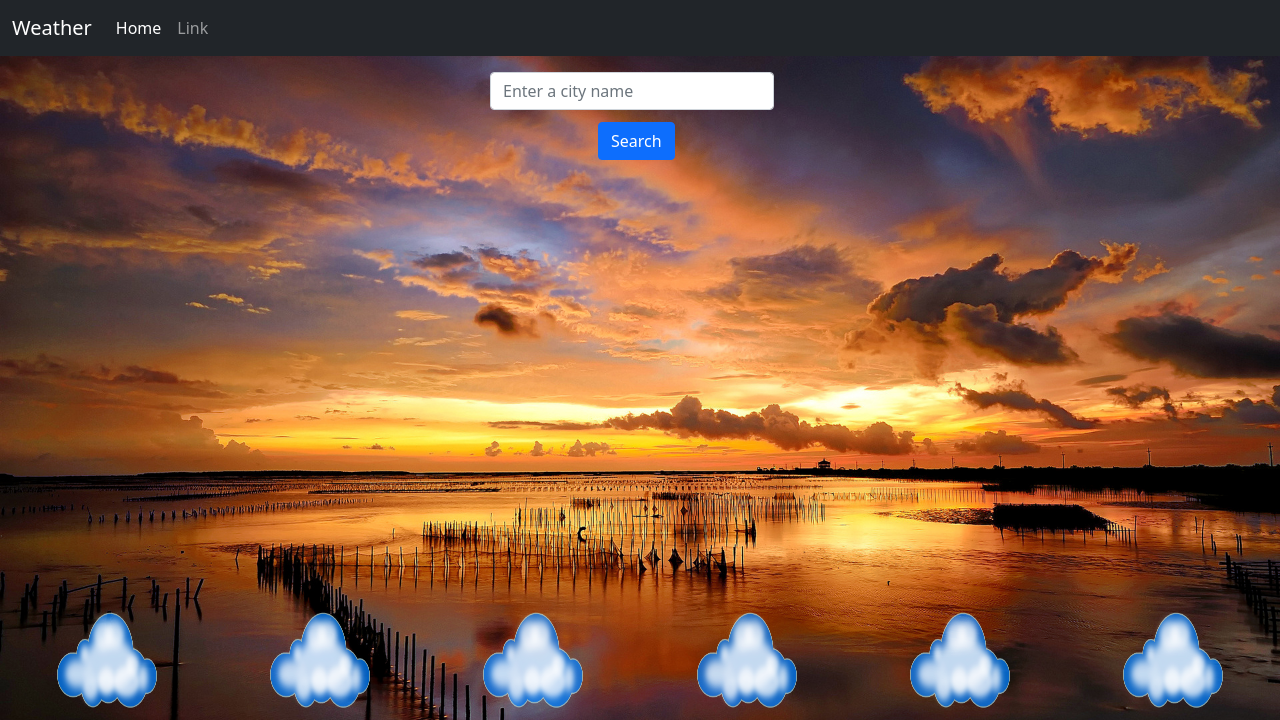
Repository: rohitbharti258/Project_Weather_finder
Page: index.html
An editor plug-in stored every save of this project. The page is shown before and after the next save, followed by the edit.
The browser window is 1280 px wide. The pictures show the whole page.

Above is the page before, as saved 2022-02-28 12:54:39.

### index.html
<!DOCTYPE html>
<html lang="en">

<head>
    <meta charset="UTF-8">
    <meta http-equiv="X-UA-Compatible" content="IE=edge">
    <meta name="viewport" content="width=device-width, initial-scale=1.0">
    <title>Weather App</title>
    <link rel="stylesheet" href="style.css">
    <link href="https://cdn.jsdelivr.net/npm/bootstrap@5.1.3/dist/css/bootstrap.min.css" rel="stylesheet"
        integrity="sha384-1BmE4kWBq78iYhFldvKuhfTAU6auU8tT94WrHftjDbrCEXSU1oBoqyl2QvZ6jIW3" crossorigin="anonymous">
</head>

<body>
    <nav class="navbar navbar-expand-lg navbar-dark bg-dark">
        <div class="container-fluid">
            <a class="navbar-brand" href="#">Weather</a>
            <button class="navbar-toggler" type="button" data-bs-toggle="collapse"
                data-bs-target="#navbarSupportedContent" aria-controls="navbarSupportedContent" aria-expanded="false"
                aria-label="Toggle navigation">
                <span class="navbar-toggler-icon"></span>
            </button>
            <div class="collapse navbar-collapse" id="navbarSupportedContent">
                <ul class="navbar-nav me-auto mb-2 mb-lg-0">
                    <li class="nav-item">
                        <a class="nav-link active" aria-current="page" href="#">Home</a>
                    </li>
                    <li class="nav-item">
                        <a class="nav-link" href="#">Link</a>
                    </li>
                </ul>
            </div>
        </div>
    </nav>
    <div class="cloud">
        <img src="./cloud.png" alt="" srcset="">
        <img src="./cloud.png" alt="" srcset="">
        <img src="./cloud.png" alt="" srcset="">
        <img src="./cloud.png" alt="" srcset="">
        <img src="./cloud.png" alt="" srcset="">
        <img src="./cloud.png" alt="" srcset="">
    </div>
    <div class="container my-3">
        <div class="form">
        <form class="row g-3 ">
            <div class="col-auto" style="width: 300px;">
                <input type="text" class="form-control" id="inputPassword2" placeholder="Enter a city name">
            </div>
            <div class="col-auto">
                <button type="submit" class="btn btn-primary mb-3">Search</button>
            </div>
        </form>
        </div>
    <!-- </div> -->
    <div class="weatherBox">

    </div>
    </div>
    <script src="index.js"></script>
    <!-- <script src="https://cdn.jsdelivr.net/npm/@popperjs/core@2.10.2/dist/umd/popper.min.js"
        integrity="sha384-7+zCNj/IqJ95wo16oMtfsKbZ9ccEh31eOz1HGyDuCQ6wgnyJNSYdrPa03rtR1zdB"
        crossorigin="anonymous"></script>
    <script src="https://cdn.jsdelivr.net/npm/bootstrap@5.1.3/dist/js/bootstrap.min.js"
        integrity="sha384-QJHtvGhmr9XOIpI6YVutG+2QOK9T+ZnN4kzFN1RtK3zEFEIsxhlmWl5/YESvpZ13"
        crossorigin="anonymous"></script>
    <script type="module" src="https://unpkg.com/ionicons@5.5.2/dist/ionicons/ionicons.esm.js"></script>
    <script nomodule src="https://unpkg.com/ionicons@5.5.2/dist/ionicons/ionicons.js"></script> -->
</body>

<!-- // <img src="https://img.icons8.com/color/48/000000/wet.png"/>
// <img src="https://img.icons8.com/color/48/000000/partly-cloudy-day--v1.png"/>
// <img src="https://img.icons8.com/color/48/000000/rain--v2.png"/>  -->


</html>

### style.css
body {
    /* background:linear-gradient(180deg,#5959b3 0%,skyBlue 100%); */
    background: url("./img/bgimg.jpg");
    /* background: url("https://cdn.wallpapersafari.com/43/51/iQEfDy.jpg"); */
    background-repeat: no-repeat;
    background-size: cover;
    width: 100vw;
    height: 100vh;
}

.form {
    width: 300px;
    margin: 0 auto;
}
.cloud{
    display: flex;
    justify-content: space-around;
    align-items: center;
    position: absolute;
    bottom:10px;
    min-width:100%;
}
.cloud img{
    width:100px;
    height:100px;
}
.weatherBox {
    margin-left: 120px;
    width: 235px;
    height: 300px;
    margin: 0 auto;
}

.Box {
    display: flex;
    flex-direction: column;
    width: 100%;
    box-shadow: 0px 20px 20px rgba(255, 255, 255, 0.3);
    height: 100%;
    /* border:2px solid; */
    /* border-color: linear-gradient(red,blue); */
    border-radius: 10px;
}

.temp {
    margin-bottom: 15px;
    display: flex;
    justify-content: space-around;
    flex-direction: column;
    float: right;
    font-size: 13px;
    position: absolute;
    right: 40px;
    font-family: -apple-system, BlinkMacSystemFont, 'Segoe UI', Roboto, Oxygen, Ubuntu, Cantarell, 'Open Sans', 'Helvetica Neue', sans-serif;
}

.tempNow {
    text-align: center;
}

.minmax {
    display: flex;
    justify-content: center;
    /* display: none; */
}

.minmax :first-child {
    margin-right: 5px;
}

.cardBox {
    /* border: 2px solid red; */
    width: 100%;
    height: 100%;
    position: relative;
    display: flex;
    justify-content: center;
    align-items: center;
    z-index: 10;
    background: linear-gradient( 135deg, #2196f3, #00bcd4);
    /* border-radius: 20px; */
    /* border-bottom: 2px solid red; */
}

.content {
    width: 100%;
    height: 170px;
    /* border: 1px solid green; */
    /* border: 1px solid #009688; */
    /* border-radius: 20px; */
    border-top: none;
    padding: 30px;
    position: relative;
    backdrop-filter: blur(10px);
    background: linear-gradient( 45deg, black, transparent);
}


/* .content::before{
    content: "";
    position: absolute;
    top: -15px;
    width: 16px;
    left: -1px;
    z-index: 1;
    background: linear-gradient(45deg,black,transparent);
        backdrop-filter:blur(10px);
    height: 16px; */


/* } */


/* .content::after{
    content: "";
    position: absolute;
    top: -12px;
    width: 1px;
    right: -1px; background:#009688;
    height: 10px;
} */

.location {
    display: flex;
    justify-content: space-between;
}

.weather {
    display: flex;
    justify-content: space-between;
}

img {
    width: 22px;
    height: 22px;
}

span p {
    text-align: center;
}

.cardinfo {
    width: 350px;
    display: flex;
}

.date {
    position: absolute;
    top: 0;
    right: 10px;
}

.name {
    position: absolute;
    top: 0;
    left: 10px;
}

.cloudinfo img {
    width: 68px;
    height: 68px;
}

.cloudinfo p {
    font-size: 13px;
    color: rgb(15, 7, 7);
    text-align: center;
}

.content span {
    text-align: center;
}

span p {
    font-size: 10px;
    color: white;
    text-align: center;
    display: flex;
    flex-direction: column;
    align-items: center;
    margin: 0;
}

.form :nth-child(2) {
    margin: 12px auto;
    width: 100px;
}

### index.js
console.log("Weather app")
const btn = document.querySelector(".btn");
const input = document.querySelector(".form-control");
const api = "51d41d6f1c399b2abc7a3fcbfbb057c7";
const weatherBox = document.querySelector(".weatherBox")
let city = "";
const arr = ["Jan", "Feb", "Mar", "Apr", "May", "Jun", "Jul", "Aug", "Sep", "Oct", "Nov", "Dec"];
btn.addEventListener("click", (e) => {
    console.log(e);
    e.preventDefault();
    let str2 = ""
    city = input.value;
    console.log(city)
    input.value = ""
    const xhr = new XMLHttpRequest();
    xhr.open("GET", `https://api.openweathermap.org/data/2.5/weather?q=${city}&appid=${api}`, true);

    xhr.onload = function() {
        let obj = JSON.parse(this.responseText);
        console.log(obj.cod)
        if (obj.cod === 429) {
            str2 += obj.message;
            weatherBox.innerHTML = str2;
        } else
        if (this.status == 200) {

            let ob = [];
            // console.log(ob.push(...obj))/
            let cardbox = document.querySelector(".cardBox");
            let content = document.querySelector(".content")
            str = "";
            str2 = "";
            let sunrise = displayEndtime(obj.sys.sunrise);
            let sunset = displayEndtime(obj.sys.sunset);
            let date = displayDay();
            let c = `&#8451`;
            if (obj.cod == "404") {

            } else {
                str += `
            <div class="Box">
                <div class="cardBox">
                    <div class="cloudinfo">
                      <img src=${"./img/"}${obj.weather[0].main}${".png"}>
                      <p>${obj.weather[0].main}${" | "}${"Feels like "}${(obj.main.feels_like-273).toFixed(0)}${c}</p>
                    </div>
                    <div class="name">
                       <span>${obj.name}${" ,"}${obj.sys.country}</span>
                    </div>
                    <div class="date">
                       <p>${date}</p>
                    </div>
                    <div class="temp">
                        <span class="tempNow">${(obj.main.temp -273.15).toFixed(0)}${c}</span>
                        <div class="minmax">
                           <span class="mintemp">${(obj.main.temp_min-273.15).toFixed(0)}${c}</span>
                           <span class="maxtemp">${(obj.main.temp_max-273.15).toFixed(0)}${c}</span>
                        </div>
                    </div>
                </div>
                <div class="content">
                    <div class="weather">
                        <span class="humidity"><img src="./img/blur.png"/>
                           <p>${obj.main.humidity}${"%"}</p>
                           <p>Humidity</p>
                        </span>
                        <span class="wind"><img src="./img/wind.png"/>
                           <p>${obj.wind.speed}${"m/s"}</p>
                           <p>Wind</p>
                        </span>
                        <span class="sunrise"> <img src="./img/sunrise.png"/>
                           <p>${sunrise}</p>
                           <p>Sunrise</p>
                        </span>
                    </div>
                    <div class="location">
                        <span class="lat">  <img src="./img/latitude.png"/>
                          <p>${obj.coord.lat.toFixed(2)}</p>
                          <p>Latitude</p>
                        </span>
                        <span class="lon"> <img src="./img/longitude.png"/>
                          <p>${obj.coord.lon.toFixed(2)}</p><p>Longitude</p></span>
                        <span class="sunrise"><img src="./img/sunset.png"/>
                          <p>${sunset}</p>
                          <p>Sunset</p>
                        </span>
                    </div>
                </div>
            </div>`;
                weatherBox.innerHTML = str;
                // console.log(str);
            }
        } else {
            console.log("error");
            str2 += "City not found";
            weatherBox.innerHTML = str2;
        }
    }
    xhr.send();
});

function displayEndtime(tstamp) {
    const end = new Date(tstamp);

    const hour = end.getHours();
    const min = end.getMinutes();
    const dis = `${hour > 12 ? hour - 12 : hour}:${min < 10 ? "0" : ""}${min}`;
    return dis;
}

function displayDay() {
    const end = new Date();

    const date = end.getDate();
    const mon = end.getMonth();
    const dis = `${arr[mon]}${","}${date}`;
    return dis;
}

After the next save:
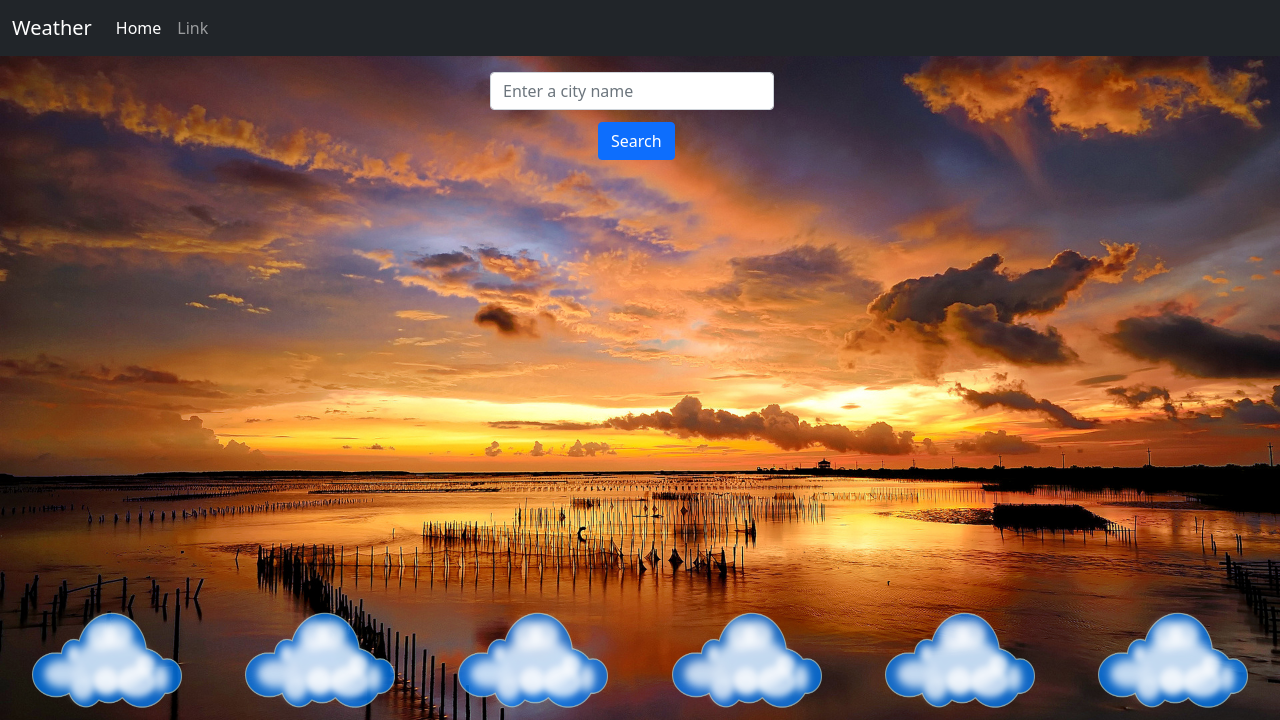
Saved 16 s later.
--- a/style.css
+++ b/style.css
@@ -21,7 +21,7 @@ body {
     min-width:100%;
 }
 .cloud img{
-    width:100px;
+    width:150px;
     height:100px;
 }
 .weatherBox {
